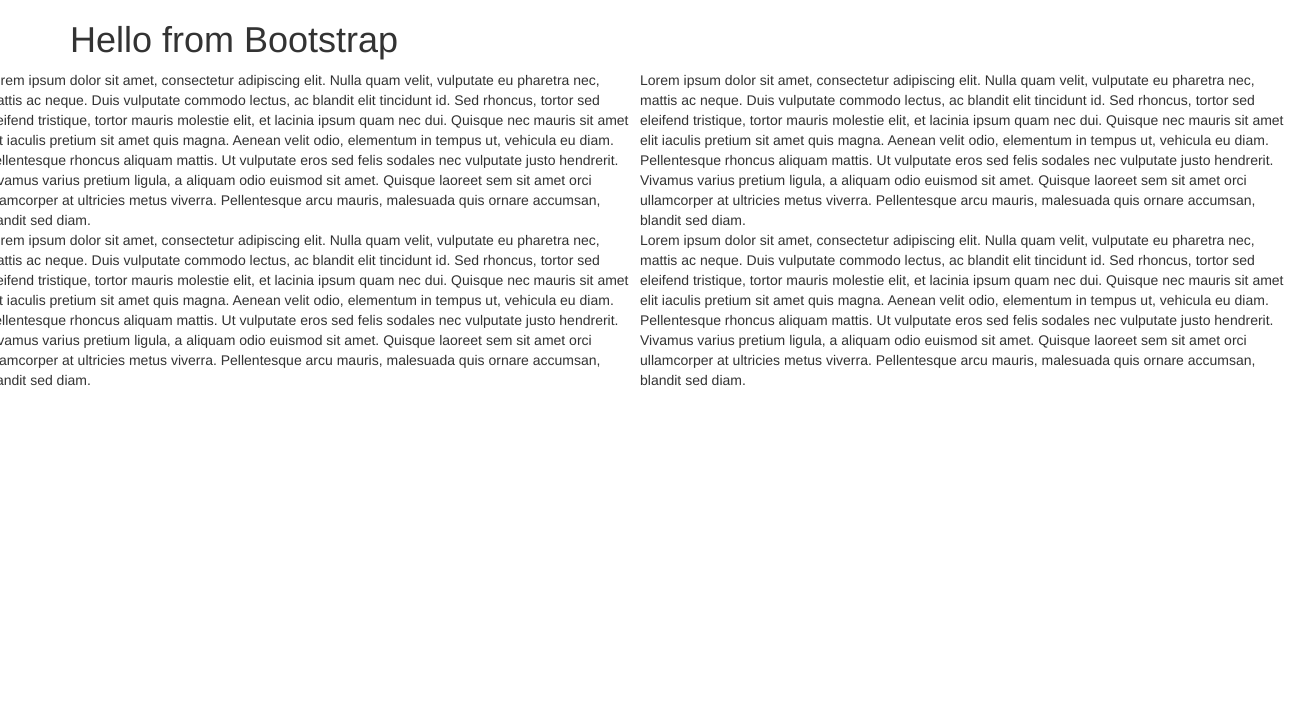
Repository: dishant8/Web-development
Page: public/WebDevWorkspace/experiment/WebContent/CSS/Bootstrap/0-grid.html
These files come from the project's save history. The page is drawn as it stood at one moment and after the next save; the edit follows.
The browser window is 1280 px wide. The page is 1295 px wide, so the pictures cover 1295 px, including what lies to the right of the window. The pictures show the whole page.

Above is the page before, as saved 2015-09-30 16:50:01.

After the next save:
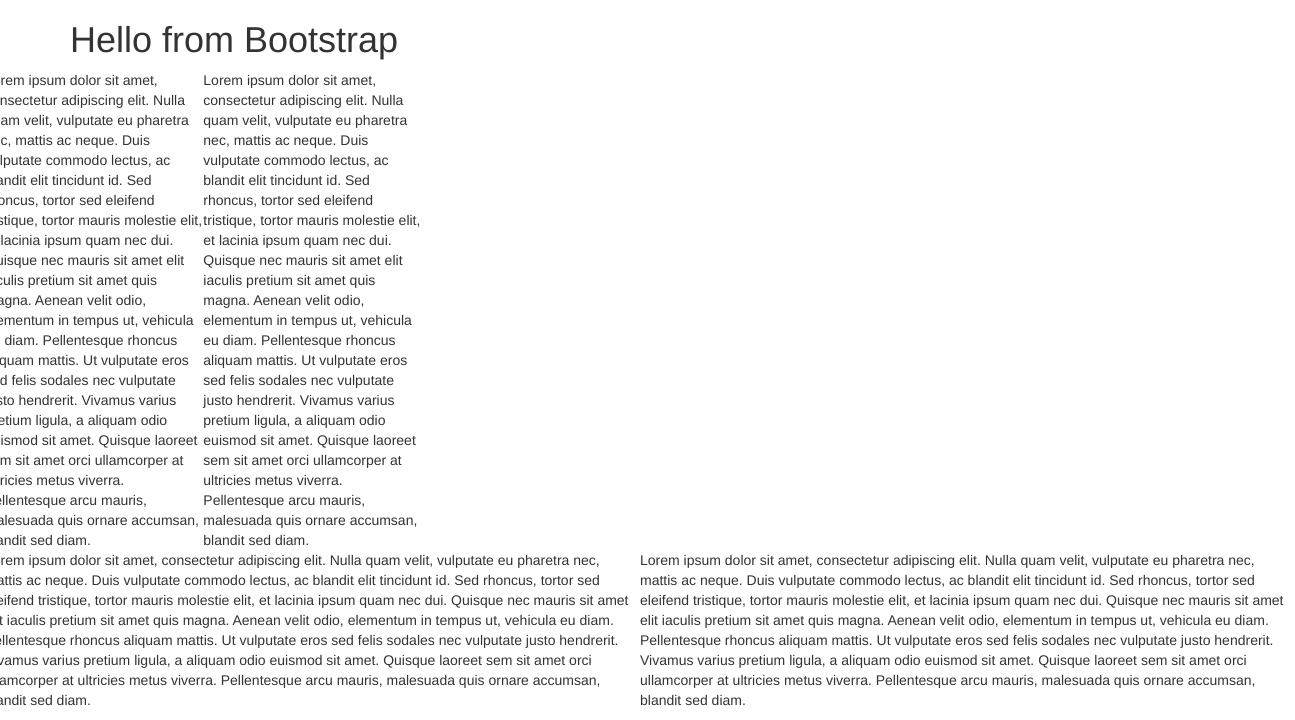
Saved 9 min 12 s later.
--- a/public/WebDevWorkspace/experiment/WebContent/CSS/Bootstrap/0-grid.html
+++ b/public/WebDevWorkspace/experiment/WebContent/CSS/Bootstrap/0-grid.html
@@ -21,7 +21,7 @@
 	</div>
 
 	<div class="row">
-		<div class="col-lg-6">Lorem ipsum dolor sit amet, consectetur
+		<div class="col-lg-2">Lorem ipsum dolor sit amet, consectetur
 			adipiscing elit. Nulla quam velit, vulputate eu pharetra nec, mattis
 			ac neque. Duis vulputate commodo lectus, ac blandit elit tincidunt
 			id. Sed rhoncus, tortor sed eleifend tristique, tortor mauris
@@ -33,7 +33,7 @@
 			euismod sit amet. Quisque laoreet sem sit amet orci ullamcorper at
 			ultricies metus viverra. Pellentesque arcu mauris, malesuada quis
 			ornare accumsan, blandit sed diam.</div>
-		<div class="col-lg-6">Lorem ipsum dolor sit amet, consectetur
+		<div class="col-lg-2">Lorem ipsum dolor sit amet, consectetur
 			adipiscing elit. Nulla quam velit, vulputate eu pharetra nec, mattis
 			ac neque. Duis vulputate commodo lectus, ac blandit elit tincidunt
 			id. Sed rhoncus, tortor sed eleifend tristique, tortor mauris
